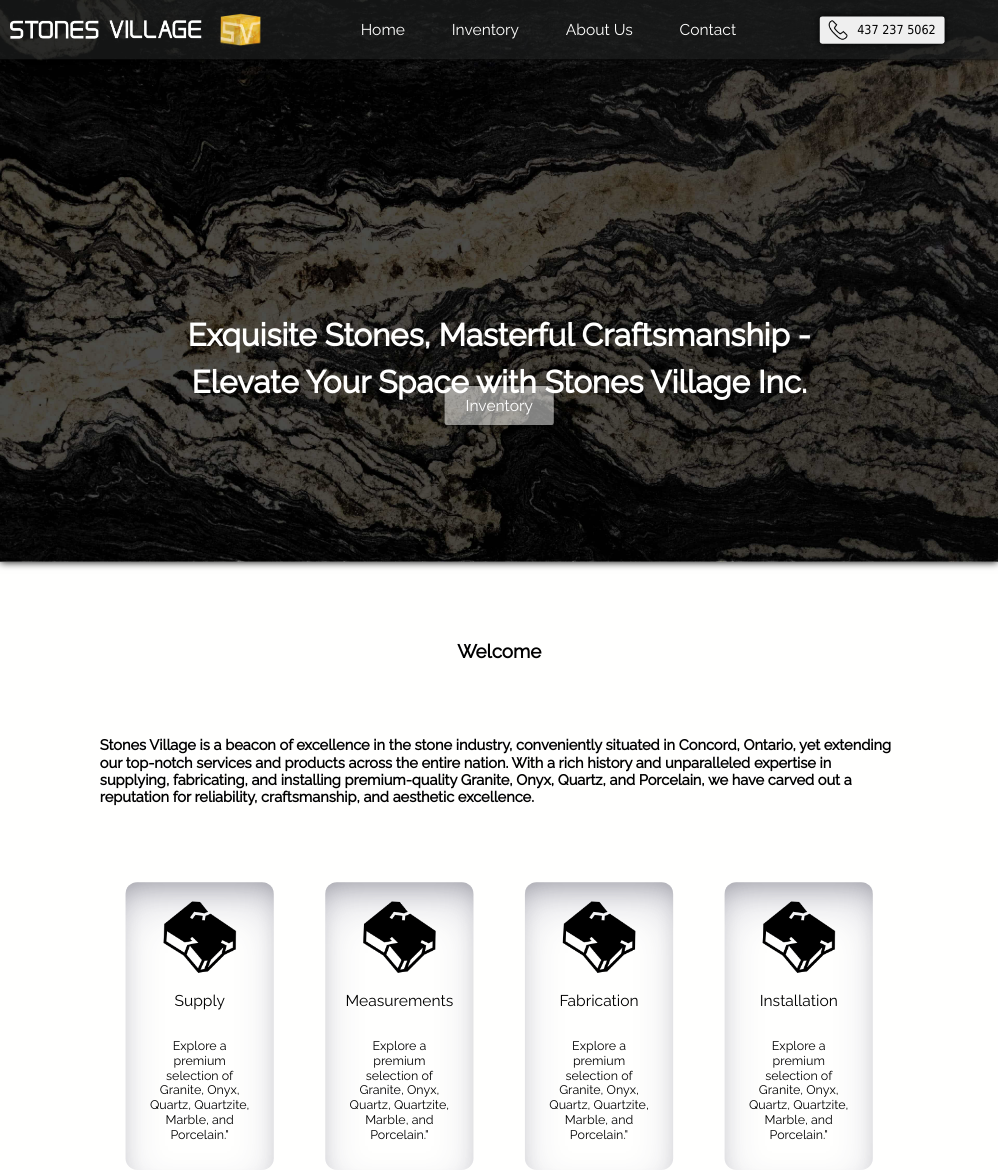
Repository: shayanabedi98/Stones-Village
Page: index.html
The author's editor kept a copy of each file at every save. The page is drawn from the files as they stood at one save, then again after the next save.
The browser window is 1280 px wide. The pictures show the whole page, at 78% of full size.
Backgrounds fixed to the window are drawn as part of the page.

Above is the page before, as saved 2023-10-22 17:00:03.

### index.html
<!DOCTYPE html>
<html lang="en">
<head>
    <meta charset="UTF-8">
    <meta name="viewport" content="width=device-width, initial-scale=1.0">
    <title>Stones Village | Home</title>
    <link rel="preconnect" href="https://fonts.googleapis.com">
    <link rel="preconnect" href="https://fonts.gstatic.com" crossorigin>
    <link href="https://fonts.googleapis.com/css2?family=Raleway&display=swap" rel="stylesheet">
    <link rel="stylesheet" href="styles.css">
</head>
<body>
    <div class="navbar">
        <div class="logo">
            <img id="logo-name" src="./resources/sv-name.png" alt="Company name">
            <img id="logo-cube" src="./resources/sv-cube.png" alt="Company logo">
        </div>
        <div class="navbar-menu">
            <ul>
                <li><a href="./">Home</a></li>
                <li><a href="./inventory">Inventory</a></li>
                <li><a href="./about-us">About Us</a></li>
                <li><a href="./contact">Contact</a></li>
            </ul>
        </div>
        <div class="navbar-tel">
            <button><a href="tel:+14372375062">
                <img src="./resources/telephone-svgrepo-com.png" alt="Contact By Number">
                437 237 5062
            </a></button>
        </div>
    </div>
    <div class="grid-container">
        <div class="banner">
            <!-- Background Image -->
        </div>
        <div class="banner-overlay">
            <h1>Exquisite Stones, Masterful Craftsmanship - Elevate Your Space with Stones Village Inc.</h1>
            <button>Inventory</button>
        </div>
        <div class="services-container">
            <h2>Welcome</h2>
            <h3>Stones Village is a beacon of excellence in the stone industry, conveniently situated in Concord, Ontario, yet extending our top-notch services and products across the entire nation. With a rich history and unparalleled expertise in supplying, fabricating, and installing premium-quality Granite, Onyx, Quartz, and Porcelain, we have carved out a reputation for reliability, craftsmanship, and aesthetic excellence.</h3>


            <!-- Free Quotations
Stonica Group Inc. offers no-obligation, comprehensive quotes for all project sizes. Our experts provide a detailed cost estimate, ensuring transparency and no hidden charges.


Measurements
We use advanced tools for precise project measurements, considering the environment and potential challenges to ensure seamless integration of our fabrications into your space.


Fabrication
Our high-quality fabrication service is handled by a skilled team and cutting-edge facilities. We handle various materials and complexities, ensuring the finished product meets the highest industry standards.


Installation
Our trained professionals carry out careful and precise installations. We also perform comprehensive checks post-installation, ensuring a perfect fit and function. Your satisfaction is our ultimate goal. -->
        </div>
        <div class="card-container">
            <div class="card">
                <img src="./resources/stone-tablet-svgrepo-com.png" alt="Icon of Stone Slab">
                <div class="card-text">
                    <p class="card-name">Supply</p>
                    <p class="card-description">Explore a premium selection of Granite, Onyx, Quartz, Quartzite, Marble, and Porcelain."</p>
                </div>
            </div>
            <div class="card">
                <img src="./resources/stone-tablet-svgrepo-com.png" alt="Icon of Stone Slab">
                <div class="card-text">
                    <p class="card-name">Measurements</p>
                    <p class="card-description">Explore a premium selection of Granite, Onyx, Quartz, Quartzite, Marble, and Porcelain."</p>
                </div>
            </div>
            <div class="card">
                <img src="./resources/stone-tablet-svgrepo-com.png" alt="Icon of Stone Slab">
                <div class="card-text">
                    <p class="card-name">Fabrication</p>
                    <p class="card-description">Explore a premium selection of Granite, Onyx, Quartz, Quartzite, Marble, and Porcelain."</p>
                </div>
            </div>
            <div class="card">
                <img src="./resources/stone-tablet-svgrepo-com.png" alt="Icon of Stone Slab">
                <div class="card-text">
                    <p class="card-name">Installation</p>
                    <p class="card-description">Explore a premium selection of Granite, Onyx, Quartz, Quartzite, Marble, and Porcelain."</p>
                </div>
            </div>
        </div>
    </div>
    <script src="./index.js"></script>
</body>
</html>

### styles.css
body {
    background-color: #FFFFFE;
    color: #000000;
    font-family: 'Raleway', sans-serif;
    margin: 0;
    padding: 0;
}

.navbar {
    display: grid;
    grid-template-columns: 0.5fr 1fr 0.5fr;
    background-color: rgba(29, 31, 31, 0.7);
    box-shadow: 0 0 5px 0 rgb(0, 0, 0);
    padding: 10px;
    position: fixed;
    width: 100%;
    z-index: 1;
}

.logo {
    display: flex;
    align-items: center;
    justify-content: center;
}

#logo-cube {
    height: 42px;
    margin-left: 20px;
    cursor: pointer;
}

#logo-name {
    height: 28px;
    cursor: pointer;
}

.navbar-menu {
    display: grid;
    align-items: end;
}

.navbar-menu ul {
    display: flex;
    align-content: center;
    justify-content: center;
    list-style-type: none;
}

.navbar-menu a {
    text-decoration: none;
    color: #FFFFFE;
    font-size: 20px;
    margin-left: 60px;
}

.navbar-menu a:hover {
    color: #E0B739;
    transition: 0.3s;
    border-bottom: 8px solid #E0B739;
}

.navbar-menu a:not(:hover) {
    color: #FFFFFE;
    border-bottom: 0px;
    transition: 0.3s;
}

.navbar-tel {
    display: flex;
    justify-content: center;
    align-items: center;
}

.navbar-tel button {
    height: 35px;
    width: 160px;
    border: none;
    border-radius: 3px;
    box-shadow: 0 0 10px 0 rgb(0, 0, 0);
}

.navbar-tel img {
    height: 25px;
    margin-right: 12px;
}

.navbar-tel a {
    text-decoration: none;
    color: black;
    font-family: Tahoma, Verdana, sans-serif;
    font-size: 16px;
    display: flex;
    align-items: center;
    justify-content: center;
}

.banner {
    background-attachment: fixed;
    height: 100vh;
    background-size: 2100px;
    background-repeat: no-repeat;
    background-position: 0 -400px;
    transition: opacity 1s ease-in-out, background-size 0s, background-position 0s;
}

.banner-overlay {
    background-color: rgba(0, 0, 0, 0.7);
    box-shadow: 0 0 10px 0 black;
    display: grid;
    grid-template-rows: 0.8fr 1fr;
    justify-items: center;
    align-items: center;
    text-align: center;
    position: absolute;
    height: 100vh;
    width: 100%;
    top: 0;
}

.banner-overlay h1 {
    margin: 0;
    color: #FFFFFE;
    position: relative;
    font-size: 40px;
    top: 300px;
    width: 70%;
    line-height: 60px;
}

.banner-overlay button {
    font-family: 'Raleway', sans-serif;
    background-color: rgba(255, 255, 254, 0.5);
    color: white;
    border: none;
    border-radius: 3px;
    font-size: 20px;
    width: 140px;
    height: 50px;
    box-shadow: 0 0 2px 0 black;
    cursor: pointer;
}

.banner-overlay button:hover {
    box-shadow: 0 0 15px 0 black;
    background-color: rgb(224, 183, 57);
    transition: 0.3s;
}

.banner-overlay button:not(:hover) {
    box-shadow: 0 0 5px 0 black;
    transition: 0.3s;
}

.services-container {
    display: grid;
    grid-template-rows: 1fr 1fr;
    justify-items: center;
    margin-top: 80px;
    width: 80%;
}

.services-container, .card-container {
    margin-left: auto;
    margin-right: auto;
}

.services-container h2, h3 {
    display: grid;
    justify-items: center;
}

.card-container {
    display: grid;
    width: 80%;
    grid-template-columns: repeat(4, 1fr);
    justify-items: center;
    margin-top: 80px;
}

.card {
    width: 70%;
    display: grid;
    justify-items: center;
    border-radius: 15px;
    box-shadow: rgba(50, 50, 93, 0.25) 0px 30px 60px -12px inset, rgba(0, 0, 0, 0.3) 0px 18px 36px -18px inset;
    padding: 20px 5px;
}

.card img {
    height: 100px;
}

.card-text {
    display: grid;
    text-align: center;
    justify-items: center;
}

.card-name {
    font-size: 20px;
}

.card-description {
    width: 75%;
}

### index.js
const banner = document.querySelector('.banner');
const bannerImg = ['./resources/aaron-huber-G7sE2S4Lab4-unsplash.jpg', './resources/black-marble-texture2-min2.jpg', './resources/engin-akyurt-m555vEfryhE-unsplash.jpg', './resources/marble-2398956_1920.jpg'];
let bannerImgIndex = 0;
const logoName = document.querySelector('#logo-name');
const logoCube = document.querySelector('#logo-cube');
const navbar = document.querySelector('.navbar');

logoCube.addEventListener('click', () => {
    window.location.replace('./')
})

logoCube.addEventListener('mouseover', () => {
    navbar.style.backgroundColor = 'rgba(224, 183, 57,0.3)'
    navbar.style.transition = '4s'
})

logoCube.addEventListener('mouseout', () => {
    navbar.style.backgroundColor = 'rgba(29, 31, 31, 0.7)'
    navbar.style.transition = '2s'
})

logoName.addEventListener('click', () => {
    window.location.replace('./')
})

logoName.addEventListener('mouseover', () => {
    navbar.style.backgroundColor = 'rgba(224, 183, 57,0.3)'
    navbar.style.transition = '4s'
})

logoName.addEventListener('mouseout', () => {
    navbar.style.backgroundColor = 'rgba(29, 31, 31, 0.7)'
    navbar.style.transition = '2s'
})

const bannerImgChanger = () => {
    banner.style.opacity = '0'
    bannerImgIndex = (bannerImgIndex + 1) % bannerImg.length;
    banner.style.background = `url(${bannerImg[bannerImgIndex]})`;

    if (bannerImgIndex === 0) {
        banner.style.backgroundSize = '2100px';
        banner.style.backgroundPosition = '0 -400px'
        banner.style.backgroundAttachment = 'fixed';
        banner.style.opacity = '1'
        banner.style.transition = 'opacity 1s ease-in, background-size 0s, background-position 0s;';
        setTimeout(() => {
            banner.style.opacity = '0'
        }, 7000)

    } else if (bannerImgIndex === 1) {
        banner.style.backgroundSize = '2000px';
        banner.style.backgroundAttachment = 'fixed';
        banner.style.opacity = '1'
        banner.style.transition = 'opacity 1s ease-in, background-size 0s, background-position 0s;';
        setTimeout(() => {
            banner.style.opacity = '0'
        }, 7000)

    } else if (bannerImgIndex === 2) {
        banner.style.backgroundAttachment = 'fixed';
        banner.style.opacity = '1'
        banner.style.transition = 'opacity 1s ease-in, background-size 0s, background-position 0s;';
        setTimeout(() => {
            banner.style.opacity = '0'
        }, 7000)
    } else if (bannerImgIndex === 3) {
        banner.style.backgroundAttachment = 'fixed';
        banner.style.opacity = '1'
        banner.style.transition = 'opacity 1s ease-in, background-size 0s, background-position 0s;';
        setTimeout(() => {
            banner.style.opacity = '0'
        }, 7000)
    }
};

bannerImgChanger();

setInterval(bannerImgChanger, 8000)

After the next save:
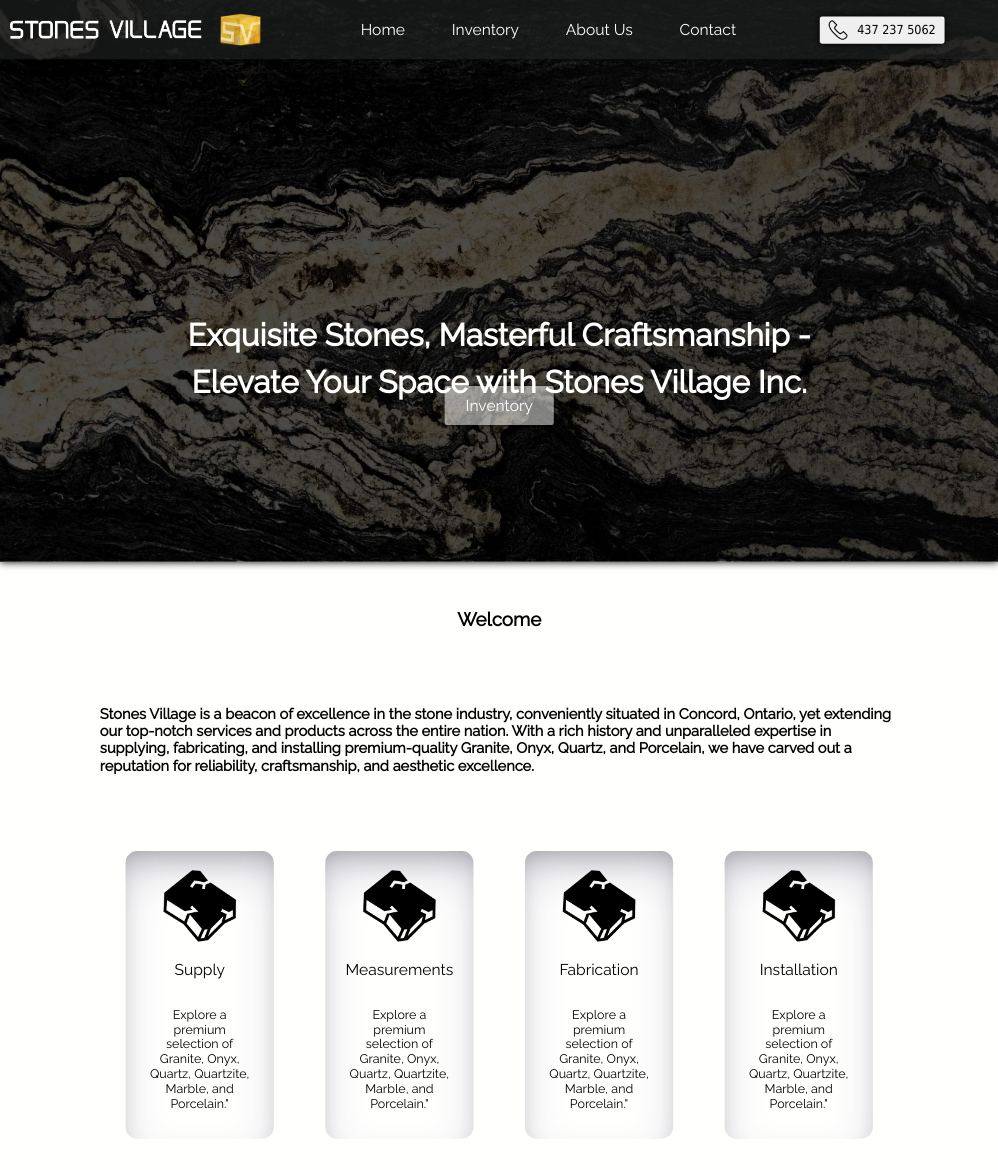
Saved 17 s later.
--- a/styles.css
+++ b/styles.css
@@ -160,8 +160,7 @@ body {
 }
 
 .services-container, .card-container {
-    margin-left: auto;
-    margin-right: auto;
+margin: 40px auto;
 }
 
 .services-container h2, h3 {
